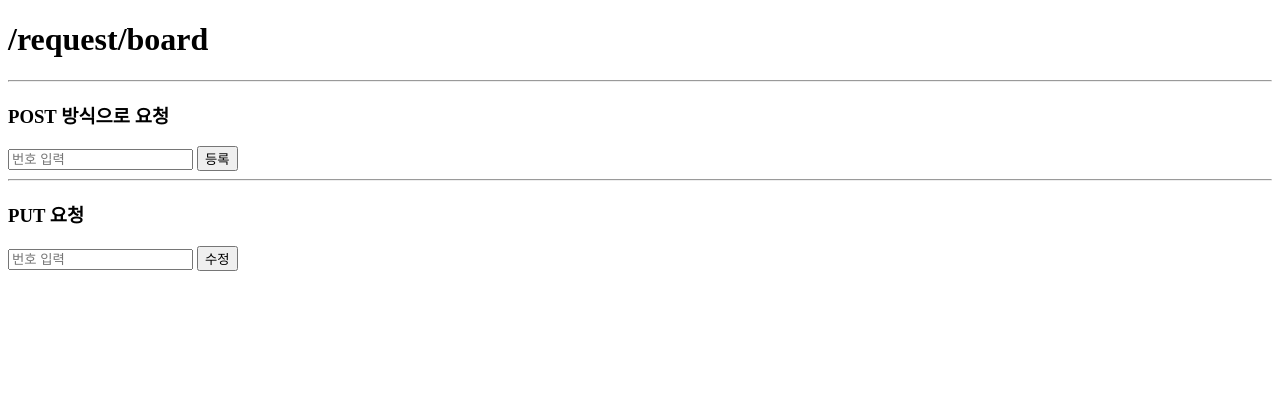
Repository: xegenie/Spring
Page: http://localhost/spring-mvc/request/board
The author's editor kept a copy of each file at every save. The page is drawn from the files as they stood at one save, then again after the next save.
The browser window is 1280 px wide. The pictures show the whole page.
The page is served by Tomcat 9. Other server files are loaded and not shown.

Above is the page before, as saved 2024-11-07 06:00:02.

### spring-mvc/src/main/webapp/WEB-INF/views/request/board.jsp
<%@ page language="java" contentType="text/html; charset=UTF-8"
    pageEncoding="UTF-8"%>
<!DOCTYPE html>
<html>
<head>
<meta charset="UTF-8">
<title>/request/board</title>
</head>
<body>
	<h1>/request/board</h1>

	<hr>
	<h3>POST 방식으로 요청</h3>
	<form action="<%= request.getContextPath()%>/request/board" method="post">
		<input type="text" name="no" placeholder="번호 입력" />
		<input type="submit" value="등록" />
	</form>

	<hr>
	<h3>PUT 요청</h3>
	<form action="<%= request.getContextPath()%>/request/board" method="post">
		<!-- form 태그에서는 PUT 방식 요청을 지원하지 않는다. -->
		<!-- Spring 의 HiddenMethodFilter를 등록하면, 우회적으로 PUT 요청을 할 수 있다. -->
		<!-- _mehod를 X-HTTP-Method_Override 헤더로 지정한다. -->
		<!-- X-HTTP-Method_Override 헤더 값 : PUT -->
		<input type="hidden" name="_method" value="PUT" />
		<input type="text" name="no" placeholder="번호 입력" />
		<input type="submit" value="수정" />
	</form>
</body>
</html>

After the next save:
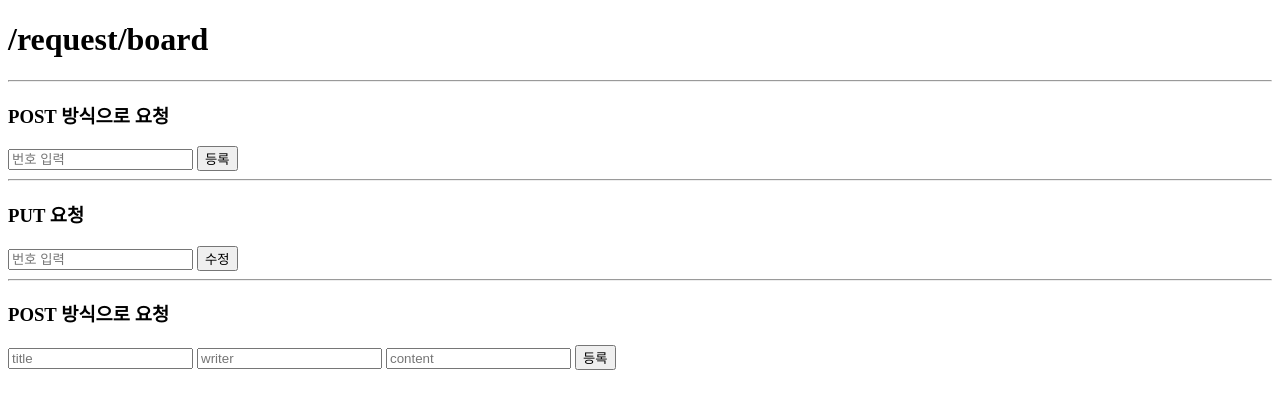
Saved 108 s later.
--- a/spring-mvc/src/main/webapp/WEB-INF/views/request/board.jsp
+++ b/spring-mvc/src/main/webapp/WEB-INF/views/request/board.jsp
@@ -27,5 +27,15 @@
 		<input type="text" name="no" placeholder="번호 입력" />
 		<input type="submit" value="수정" />
 	</form>
+
+	<hr>
+	<h3>POST 방식으로 요청</h3>
+	<form action="<%= request.getContextPath()%>/request/body" method="post">
+		<input type="text" name="title" placeholder="title" />
+		<input type="text" name="writer" placeholder="writer" />
+		<input type="text" name="content" placeholder="content" />
+		<input type="submit" value="등록" />
+	</form>
+
 </body>
 </html>
